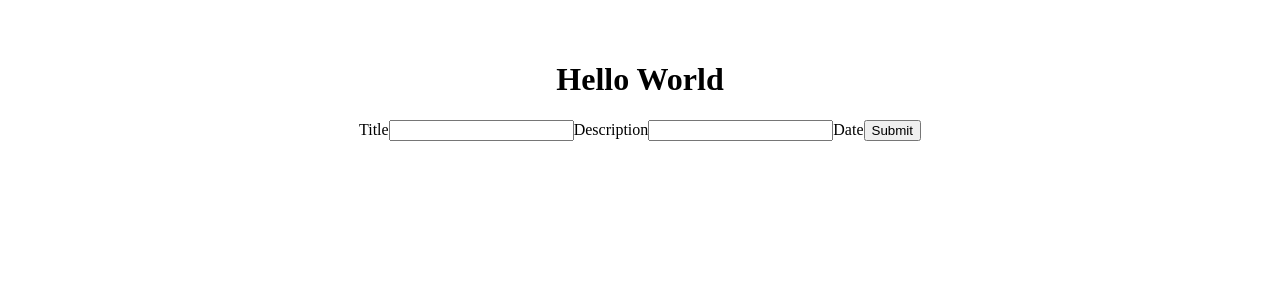
Repository: VishwaGoswami1407/todo-react-frontend
Page: /
An editor plug-in stored every save of this project. The page is shown before and after a run of saves, followed by the edit.
The browser window is 1280 px wide. The pictures show the whole page.
The project was rebuilt for these pictures with package versions that can differ from the ones it lists, and the page was loaded fresh each time. Also part of the build but not shown: vite.config.js.

Above is the page before, as saved 2024-10-27 22:55:51.

After the next 3 saves:
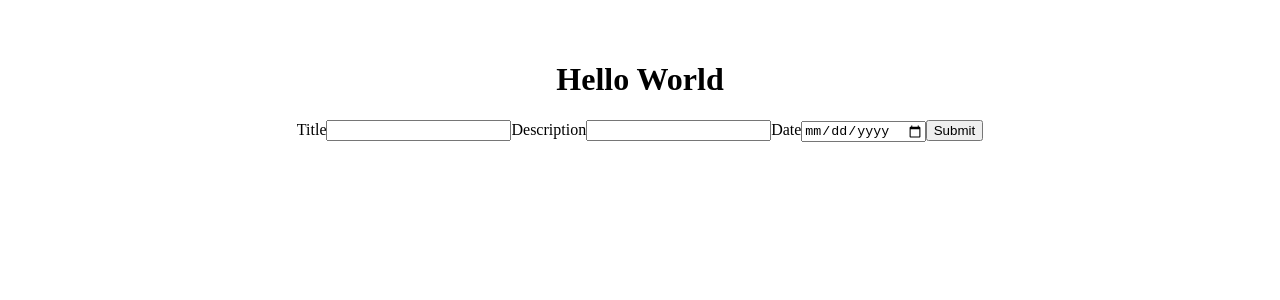
The 3 saves are shown as one change because they came seconds apart.
The last was saved 10 s later.
--- a/src/App.jsx
+++ b/src/App.jsx
@@ -10,6 +10,7 @@ function App() {
      <label>Description</label>
      <input type="text" name="description" />
      <label>Date</label>
+     <input type="date" name="date" />
      <button type="submit">Submit</button>
 
     </>
